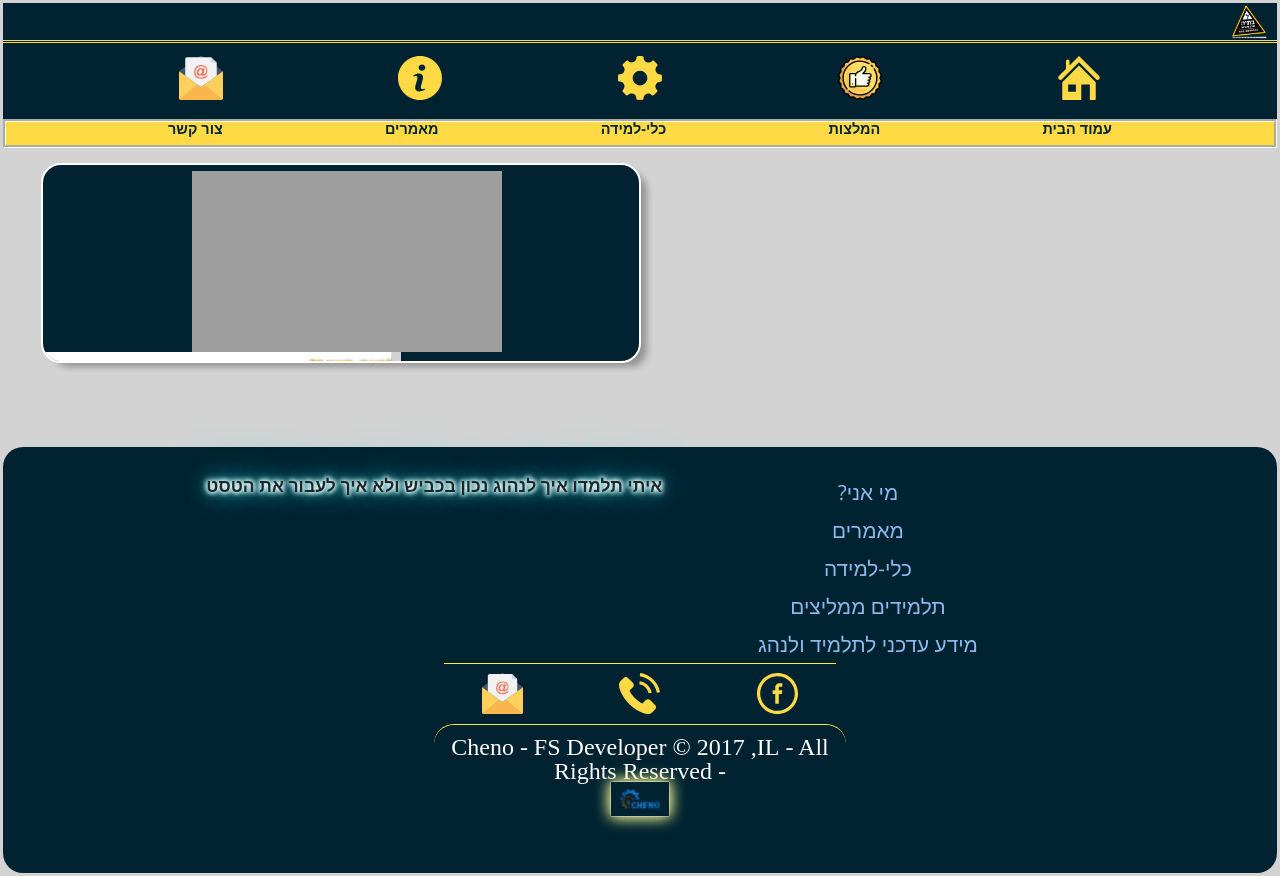
Repository: ChenGinsberg/BatyaLamed-site
Page: aticles.html
An editor plug-in stored every save of this project. The page is shown before and after the next save, followed by the edit.
The browser window is 1280 px wide. The pictures show the whole page.
Pictures or frames that could not be fetched are drawn as grey boxes. Some web libraries are served in a nearby version.

Above is the page before, as saved 2017-11-26 15:17:58.

### aticles.html
<!DOCTYPE html>
<html lang="en">

<head>
    <meta charset="UTF-8">
    <meta name="viewport" content="width=device-width, initial-scale=1.0">
    <meta http-equiv="X-UA-Compatible" content="ie=edge">
    <title>Batya</title>

    <script type="text/javascript" src="http://app.sliderui.com/sliders/zrkchs.js"></script>
    <script src="https://code.jquery.com/jquery-3.2.1.slim.min.js" integrity="sha384-KJ3o2DKtIkvYIK3UENzmM7KCkRr/rE9/Qpg6aAZGJwFDMVNA/GpGFF93hXpG5KkN"
        crossorigin="anonymous"></script>
    <script src="https://cdnjs.cloudflare.com/ajax/libs/popper.js/1.12.3/umd/popper.min.js" integrity="sha384-vFJXuSJphROIrBnz7yo7oB41mKfc8JzQZiCq4NCceLEaO4IHwicKwpJf9c9IpFgh"
        crossorigin="anonymous"></script>
    <script src="https://maxcdn.bootstrapcdn.com/bootstrap/4.0.0-beta.2/js/bootstrap.min.js" integrity="sha384-alpBpkh1PFOepccYVYDB4do5UnbKysX5WZXm3XxPqe5iKTfUKjNkCk9SaVuEZflJ"
        crossorigin="anonymous"></script>
    <link rel="stylesheet" href="https://maxcdn.bootstrapcdn.com/bootstrap/4.0.0-beta.2/css/bootstrap.min.css" integrity="sha384-PsH8R72JQ3SOdhVi3uxftmaW6Vc51MKb0q5P2rRUpPvrszuE4W1povHYgTpBfshb"
        crossorigin="anonymous">
    <link href="https://fonts.googleapis.com/css?family=Varela+Round&amp;subset=hebrew" rel="stylesheet">
    <link rel="stylesheet" type="text/css" href="style/reset.css">
    <link rel="stylesheet" type="text/css" href="style/style.css">
    <link rel="stylesheet" type="text/css" href="style/nav.css">
    <link rel="stylesheet" type="text/css" href="style/slider.css">
    <link rel="stylesheet" type="text/css" href="style/infoBox.css">
    <link rel="stylesheet" type="text/css" href="style/footer.css">
</head>

<body lang="rtl">
    <!-- nav-bar -->
    <div class="logoContainer">
        <img src="image/batyaLogo.jpg" class="logo-nav">
    </div>
    <nav class="navbar-blue">

        <div class="nav-icons">
            <a>
                <img src="image/email.svg" class="nav--icon">
            </a>
            <a href="aticles.html">
                <img src="image/icon.svg" class="nav--icon">
            </a>
            <a href="tools.html">
                <img src="image/settings-work-tool.svg" class="nav--icon">
            </a>
            <a href="recommendsPage.html">
                <img src="image/recommended.svg" class="nav--icon">
            </a>
            <a href="index.html">
                <img src="image/house-outline.svg" class="nav--icon">

            </a>
        </div>
        <br>
        <div class="nav-text">
            <span class="nav-iconn">צור קשר</span>
            <span class="nav-iconn">מאמרים</span>
            <span class="nav-iconn">כלי-למידה</span>
            <span class="nav-iconn">המלצות</span>
            <span class="nav-iconn">עמוד הבית</span>
        </div>
    </nav>
    <!-- TOOLARTICLES -->
    <div class="blog-card">
        <div class="photo photo2"></div>
        <div class="description">
            <span class="infoBox_header">*טיפ חשוב*</span>
            <h2>ללמוד נהיגה - איך מתחילים ואיך מסיימים?</h2>
            <br>
            <a href="article/firstArticle.html"> ...עוד</a>
        </div>
    </div>
    <!-- FOOTER -->
    <footer class="flex-rw">
        <p class="footer-quate">איתי תלמדו איך לנהוג נכון בכביש ולא איך לעבור את הטסט</p>

        <ul class="footer-list-top">

            <li>
                <a href='/shop/about-mission' class="generic-anchor footer-list-anchor" itemprop="significantLink">?מי אני</a>
            </li>
            <li>
                <a href='/promos.html' class="generic-anchor footer-list-anchor" itemprop="significantLink">מאמרים</a>
            </li>
            <li>
                <a href='/retailers/new-retailers.html' class="generic-anchor footer-list-anchor" itemprop="significantLink">כלי-למידה</a>
            </li>

            <li>
                <a href='/job-openings.html' itemprop="significantLink" class="generic-anchor footer-list-anchor">תלמידים ממליצים</a>
            </li>

            <li>
                <a href='/shop/about-show-schedule' class="generic-anchor footer-list-anchor" itemprop="significantLink">מידע עדכני לתלמיד ולנהג</a>
            </li>
        </ul>
        <ul class="footer-list-top">
            <li>
                <section class="footer-social-section flex-rw">
                    <img src="image/email.svg" class="footer-svg">
                    <img src="image/telephone.svg" class="footer-svg">
                    <img src="image/social-facebook-circular-button.svg" class="footer-svg">

                </section>
                <section class="footer-bottom-section flex-rw">
                    <div class="footer-bottom-wrapper">
                        <i class="fa fa-copyright" role="copyright">

                        </i> Cheno - FS Developer © 2017
                        <address class="footer-address" role="company address"> ,IL</address>
                        <span class="footer-bottom-rights"> - All Rights Reserved - </span>
                    </div>
                    <div class="footer-bottom-wrapper">

                        <img src="/image/Chenologo.png" class="chen-icon">

                    </div>
                </section>
    </footer>
</body>

### style/reset.css
html,
body,
div,
span,
applet,
object,
iframe,
h1,
h2,
h3,
h4,
h5,
h6,
p,
blockquote,
pre,
a,
abbr,
acronym,
address,
big,
cite,
code,
del,
dfn,
em,
img,
ins,
kbd,
q,
s,
samp,
small,
strike,
strong,
sub,
sup,
tt,
var,
b,
u,
i,
center,
dl,
dt,
dd,
ol,
ul,
li,
fieldset,
form,
label,
legend,
table,
caption,
tbody,
tfoot,
thead,
tr,
th,
td,
article,
aside,
canvas,
details,
embed,
figure,
figcaption,
footer,
header,
hgroup,
menu,
nav,
output,
ruby,
section,
summary,
time,
mark,
audio,
video {
    margin: 0;
    padding: 0;
    border: 0;
    font-size: 100%;
    font: inherit;
    vertical-align: baseline;
}


/* HTML5 display-role reset for older browsers */

article,
aside,
details,
figcaption,
figure,
footer,
header,
hgroup,
menu,
nav,
section {
    display: block;
}

body {
    line-height: 1;
}

ol,
ul {
    list-style: none;
    padding: 0;
    margin: 0;
}

blockquote,
q {
    quotes: none;
}

blockquote:before,
blockquote:after,
q:before,
q:after {
    content: '';
    content: none;
}

table {
    border-collapse: collapse;
    border-spacing: 0;
}

### style/style.css
body {
    background-color: lightgray;
    margin: 2.8px;
}

### style/nav.css
/* NAV */

.logoContainer {
    background-color: #012231;
    height: 40px;
    width: 100%;
    border-bottom: double;
    border-bottom-color: #FFDA44;
}

.logo-nav {
    height: 34px;
    position: absolute;
    right: 1%;
    top: 5px;
}

.navbar-blue {
    background-color: #012231;
    width: 100%;
}

.nav-icons {
    display: flex;
    flex-direction: row;
    flex-wrap: wrap;
    width: 100%;
    justify-content: space-evenly;
}

.nav--icon {
    width: 44px;
    margin-top: 13px;
}

.nav-text {
    color: #012231;
    background-color: #FFDA44;
    font-family: sans-serif;
    height: 29px;
    border: groove;
    border-color: ivory;
    font-weight: bold;
    font-size: 0.9em;
    display: flex;
    flex-direction: row;
    flex-wrap: wrap;
    width: 100%;
    justify-content: space-evenly;
}

.yellowHR {
    background-color: #FFDA44;
    height: 12px;
    border-radius: 10px 10px 0px 0px;
    border: 1px solid #012231;
    box-shadow: 9px 7px 7px -3px rgba(0, 0, 0, 0.3);
}

.blueHR {
    background-color: #012231;
    height: 25px;
    border-radius: 15px 11px 10px 10px;
    box-shadow: 9px 7px 7px -3px rgba(0, 0, 0, 0.3);
    margin-bottom: 10px;
    border-bottom: 1px solid #FFDA44;
    border-left: 1px solid #FFDA44;
    border-right: 1px solid #FFDA44;
}

.nav-iconn:hover {
    background: red;
}

### style/slider.css
.container {
    margin: 10px auto;
    width: 93%;
    height: 200px;
    overflow: hidden;
    position: relative;
    box-shadow: 2px 7px 36px 0px #012231;
}

.photo_slider {
    position: absolute;
    animation: round 3s infinite;
    opacity: 0;
    width: 100%;
    left: 0%;
    height: 100%;
}

@keyframes round {
    25% {
        opacity: 1;
    }
    40% {
        opacity: 0;
    }
}

img:nth-child(1) {
    animation-delay: 12s;
}

img:nth-child(2) {
    animation-delay: 8s;
}

img:nth-child(3) {
    animation-delay: 4s;
}

img:nth-child(4) {
    animation-delay: 0s;
}

.bx-wrapper {
    margin-bottom: 10px;
}

### style/infoBox.css
@import url(https://fonts.googleapis.com/css?family=Open+Sans:400,700|Roboto:400,700);
.blog-card {
    transition: height 0.3s ease;
    -webkit-transition: height 0.3s ease;
    border-radius: 20px;
    box-shadow: 9px 7px 7px -3px rgba(0, 0, 0, 0.3);
    margin: 15px auto 6.6%;
    overflow: hidden;
    position: relative;
    font-size: 1em;
    -webkit-font-smoothing: antialiased;
    background-color: white;
    margin-left: 3%;
    margin-right: 3%;
    background-color: #012231;
    border: 2px solid white;
}

.blog-card:hover .details {
    left: 0;
}

.blog-card:hover.alt .details {
    right: 0;
}

.blog-card.alt .details {
    right: -100%;
    left: inherit;
}

.blog-card .photo {
    height: 257.6px;
    position: relative;
}

.blog-card .photo.photo1 {
    height: 130px;
    background: url("../image/red-article.png") center no-repeat;
    background-size: cover;
}

.blog-card .photo.photo2 {
    background: url("../image/traffic.jpg") center no-repeat;
    background-size: cover;
    height: 181px;
    width: 52%;
    position: relative;
    left: 25%;
    background-color: #012231;
    margin-top: 6px;
}

.blog-card .photo.photo3 {
    background: url("../image/green-article - Copy.gif") center no-repeat;
    background-size: cover;
}

.blog-card .details {
    transition: all 0.3s ease;
    -webkit-transition: all 0.3s ease;
    background: rgba(0, 0, 0, 0.6);
    box-sizing: border-box;
    color: #fff;
    font-family: "Open Sans";
    list-style: none;
    margin: 0;
    padding: 10px 15px;
    height: 200px;
    /*POSITION*/
    position: absolute;
    top: 0;
    left: -100%;
}

.blog-card .details>li {
    padding: 3px 0;
}

.blog-card .details li:before,
.blog-card .details .tags ul:before {
    font-family: FontAwesome;
    margin-right: 10px;
    vertical-align: middle;
}

.blog-card .details .author:before {
    content: "\f007";
}

.blog-card .details .date:before {
    content: "\f133";
}

.blog-card .details .tags ul {
    list-style: none;
    margin: 0;
    padding: 0;
}

.blog-card .details .tags ul:before {
    content: "\f02b";
}

.blog-card .details .tags li {
    display: inline-block;
    margin-right: 3px;
}

.blog-card .details a {
    color: inherit;
    border-bottom: 1px dotted;
}

.blog-card .details a:hover {
    color: #75D13B;
}

.blog-card .description {
    padding: 5px 12px 40px;
    box-sizing: border-box;
    position: relative;
    background-color: lightgray;
}

.blog-card .description .infoBox_header {
    direction: rtl;
    font-family: "Roboto";
    line-height: 1em;
    position: absolute;
    right: 10px;
    font-family: "Open Sans Hebrew", "Helvetica Neue", Helvetica, Arial, sans-serif;
    color: #FFDA44;
    font-weight: bold;
    text-shadow: 1px 1px 3px black;
}

.blog-card .description h2 {
    color: black;
    line-height: 1.2em;
    text-transform: uppercase;
    font-size: 1em;
    font-weight: 400;
    margin: 1.2% 0;
    position: relative;
    top: 15px;
    left: 13.9%;
    font-family: "Open Sans Hebrew", "Helvetica Neue", Helvetica, Arial, sans-serif;
    direction: rtl;
    text-shadow: 1.8px 0.9px 0.1px white;
}

.blog-card .description p {
    position: relative;
    margin: 0;
    padding-top: 20px;
    line-height: 22.7px;
    font-family: "Open Sans Hebrew", "Helvetica Neue", Helvetica, Arial, sans-serif;
}

.blog-card .description p:after {
    content: "";
    background: red;
    height: 6px;
    width: 70px;
    position: absolute;
    top: 13px;
    right: -2px;
}

.blog-card .description a {
    color: red;
    margin-bottom: 9px;
    font-family: "Open Sans Hebrew", "Helvetica Neue", Helvetica, Arial, sans-serif;
    font-weight: bolder;
    float: right;
    margin-right: 10%;
    margin-top: 12px;
}

.blog-card .description a:after {
    transition: all 0.3s ease;
    -webkit-transition: all 0.3s ease;
    content: "\f061";
    font-family: FontAwesome;
    margin-left: -10px;
    opacity: 0;
    vertical-align: middle;
}

.blog-card .description a:hover:after {
    margin-left: 5px;
    opacity: 1;
}

@media screen and (min-width: 600px) {
    .blog-card {
        height: 200px;
        max-width: 600px;
    }
    .blog-card:hover .photo {
        -webkit-transform: rotate(5deg) scale(1.3);
        transform: rotate(5deg) scale(1.3);
    }
    .blog-card:hover.alt .photo {
        -webkit-transform: rotate(-5deg) scale(1.3);
        transform: rotate(-5deg) scale(1.3);
    }
    .blog-card.alt .details {
        padding-left: 30px;
    }
    .blog-card.alt .description {
        float: right;
    }
    .blog-card.alt .description:before {
        -webkit-transform: skewX(5deg);
        transform: skewX(5deg);
        right: -15px;
        left: inherit;
    }
    .blog-card.alt .photo {
        float: right;
    }
    .blog-card .photo {
        transition: all 0.5s ease;
        -webkit-transition: all 0.5s ease;
        float: left;
        height: 100%;
        width: 40%;
    }
    .blog-card .details {
        width: 40%;
    }
    .blog-card .description {
        float: left;
        width: 60%;
        z-index: 0;
    }
    .blog-card .description:before {
        -webkit-transform: skewX(-5deg);
        transform: skewX(-5deg);
        content: "";
        background: #fff;
        width: 100%;
        z-index: -1;
        /*POSITION*/
        position: absolute;
        left: -15px;
        top: 0;
        bottom: 0;
    }
}

### style/footer.css
.footer-svg {
    height: 41px;
    width: 57px;
}

.chen-icon {
    width: 15%;
    position: relative;
    bottom: 4%;
    left: 0%;
    box-shadow: 0 0 1px #fff, 0 0 1px #fff, 0 0 0px #e3e98e, 0 0 17px #e3e98e, 0 0 13px #e3e98e;
}

.footer-quate {
    text-align: center;
    font-family: 'Varela Round', sans-serif;
    position: relative;
    font-size: 1.1em;
    border-radius: 3px;
    transition: all 0.3s ease;
    text-shadow: 0 0 5px #fff, 0 0 10px #fff, 0 0 5px #fff, 0 0 5px #0ff, 0 0 0px #0ff, 0 0 90px #0ff, 0 0 20px #0ff, 0 0 50px #0ff;
    font-weight: bold;
}

.generic-anchor {
    color: #8DB9ED;
}

.generic-anchor:visited {
    color: #909090;
}

.generic-anchor:hover {
    color: #ccc;
}

.flex-rw {
    display: -webkit-box;
    display: -ms-flexbox;
    display: flex;
    -ms-flex-flow: row wrap;
    flex-flow: row wrap;
    justify-content: center;
    border-radius: 20px;
}

footer {
    background: #012231;
    margin-top: auto;
    padding: 31.2px 20px;
}

.footer-list-top {
    width: 33.333%;
    -webkit-padding-start: 0px;
}

.footer-list-top>li {
    text-align: center;
    padding-bottom: 10px;
    list-style: none;
}

.footer-list-header {
    padding: 10px 0 5px 0;
    color: #fff;
    font: 2.3vw "Oswald", sans-serif;
}

.footer-list-anchor {
    font: 1.3em "Open Sans", sans-serif;
}

.footer-social-section {
    width: 100%;
    -webkit-box-align: center;
    -ms-flex-align: center;
    align-items: center;
    -ms-flex-pack: distribute;
    justify-content: space-around;
    position: relative;
    margin-top: 5px;
}

.footer-social-section::after {
    content: "";
    position: absolute;
    z-index: 1;
    top: -25%;
    left: 10px;
    border-top: 1px solid #F4EE3A;
    width: calc(100% - 20px);
}

.footer-social-connect {
    display: -webkit-box;
    display: -ms-flexbox;
    display: flex;
    -webkit-box-align: center;
    -ms-flex-align: center;
    align-items: center;
    font: 3.5em "Oswald", sans-serif;
    color: #fff;
}

.footer-social-small {
    font-size: 0.6em;
    padding: 0px 20px;
}

.footer-social-overlap>a {
    font-size: 3em;
}

.footer-social-overlap>a:not(:first-child) {
    margin-left: 0.38em;
}

.footer-bottom-section {
    width: 100%;
    padding: 10px;
    border-top: 1px solid #F4EE3A;
    margin-top: 10px;
}

.footer-bottom-section>div:first-child {
    margin-right: auto;
}

.footer-bottom-wrapper {
    font-size: 1.5em;
    color: #fff;
}

.footer-address {
    display: inline;
    font-style: normal;
}

@media only screen and (max-width: 768px) {
    .footer-list-header {
        font-size: 2em;
    }
    .footer-list-anchor {
        font-size: 1.1em;
    }
    .footer-social-connect {
        font-size: 2.5em;
    }
    .footer-social-overlap>a {
        font-size: 2.24em;
    }
    .footer-bottom-wrapper {
        font-size: 1.3em;
    }
}

@media only screen and (max-width: 568px) {
    main {
        font-size: 5em;
    }
    .footer-list-top {
        width: 86%;
    }
    .footer-list-header {
        font-size: 3em;
    }
    .footer-list-anchor {
        font-size: 1.5em;
    }
    .footer-social-section {
        -webkit-box-pack: center;
        -ms-flex-pack: center;
        justify-content: center;
    }
    .footer-social-connect {
        margin-bottom: 10px;
        padding: 0 10px;
    }
    .footer-social-overlap {
        display: -webkit-box;
        display: -ms-flexbox;
        display: flex;
        -webkit-box-pack: center;
        -ms-flex-pack: center;
        justify-content: center;
    }
    .footer-social-icons-wrapper {
        width: 100%;
        padding: 0;
    }
    .footer-social-overlap>a:not(:first-child) {
        margin-left: 20px;
    }
    .footer-bottom-section {
        padding: 0 5px 0 5px;
    }
    .footer-bottom-wrapper {
        text-align: center;
        width: 100%;
        margin-top: 10px;
    }
}

@media only screen and (max-width: 480px) {
    .footer-social-overlap>a {
        margin: auto;
    }
    .footer-social-overlap>a:not(:first-child) {
        margin-left: 0;
    }
    .footer-bottom-rights {
        display: block;
    }
}

@media only screen and (max-width: 320px) {
    .footer-list-header {
        font-size: 2.2em;
    }
    .footer-list-anchor {
        font-size: 1.2em;
    }
    .footer-social-connect {
        font-size: 2.4em;
    }
    .footer-social-overlap>a {
        font-size: 2.24em;
    }
    .footer-bottom-wrapper {
        font-size: 0.8em;
        ;
    }
}

After the next save:
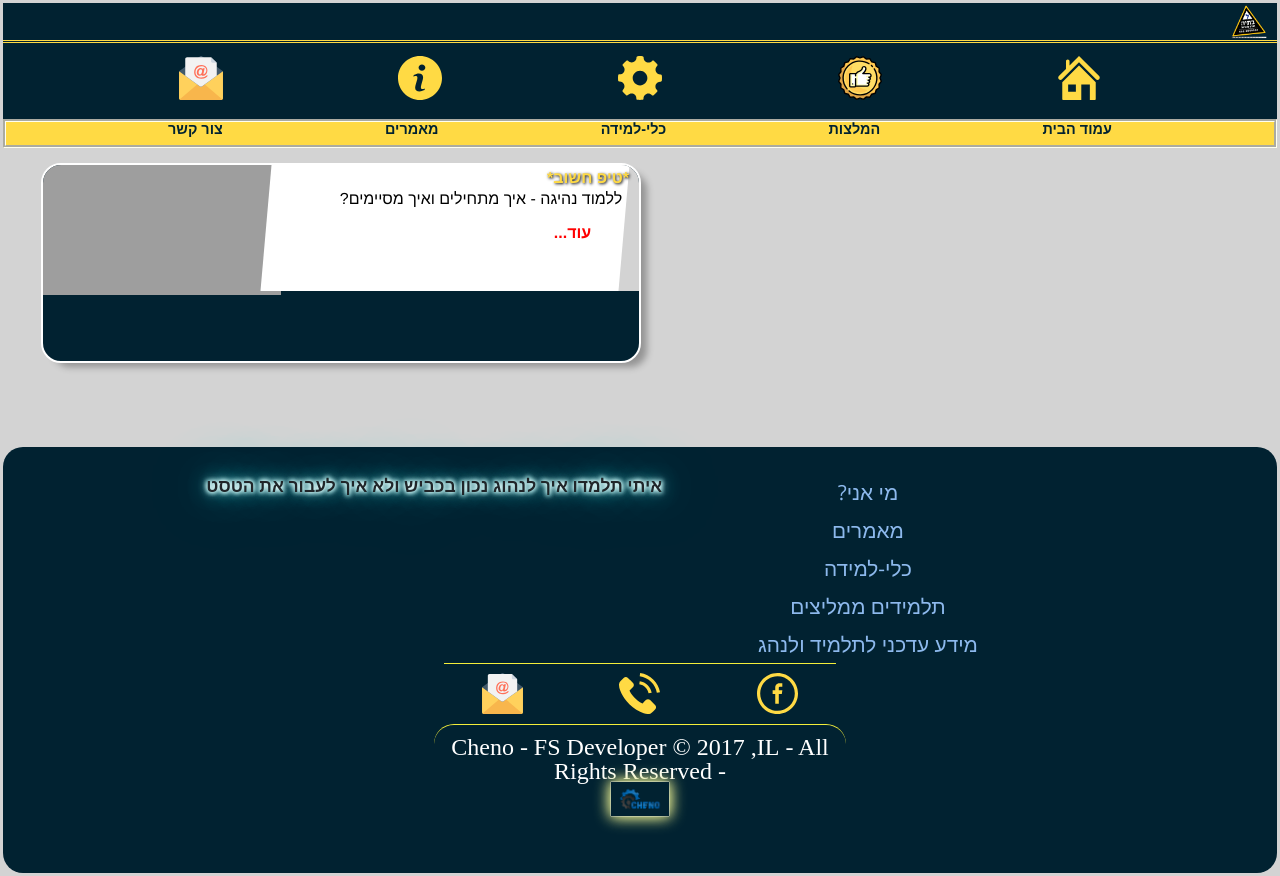
Saved 67 s later.
--- a/style/infoBox.css
+++ b/style/infoBox.css
@@ -43,12 +43,7 @@
 .blog-card .photo.photo2 {
     background: url("../image/traffic.jpg") center no-repeat;
     background-size: cover;
-    height: 181px;
-    width: 52%;
-    position: relative;
-    left: 25%;
-    background-color: #012231;
-    margin-top: 6px;
+    height: 130px;
 }
 
 .blog-card .photo.photo3 {
